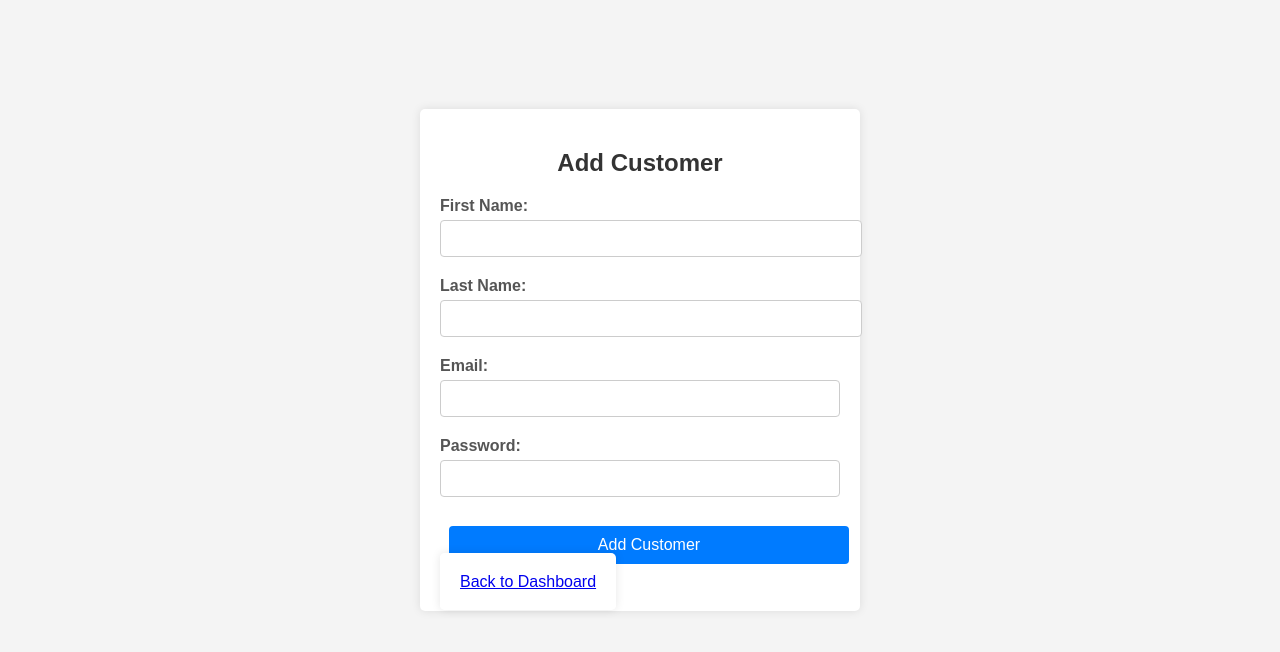
Repository: vinayakGarudi2002/swabhavTrainingProjects
Page: http://localhost/01_banking_application/addCustomer.jsp
These files come from the project's save history. The page is drawn as it stood at one moment and after the next save; the edit follows.
The browser window is 1280 px wide. The pictures show the whole page.
The page is served by Tomcat 9. Other server files are loaded and not shown.

Above is the page before, as saved 2024-08-12 11:29:18.

### 01_banking_application/WebContent/addCustomer.jsp
<%@ page language="java" contentType="text/html; charset=UTF-8" pageEncoding="UTF-8"%>
<%@ taglib uri="http://java.sun.com/jsp/jstl/core" prefix="c" %>
<!DOCTYPE html>
<html>
<head>
    <meta charset="UTF-8">
    <title>Add Customer - Banking App</title>
    <link rel="stylesheet" type="text/css" href="static/css/styles.css">
     <style>

    </style>
</head>
<body>
    <div class="form-container">
        <h2>Add Customer</h2>
        <form action="AddCustomerServlet" method="post">
            <label for="firstName">First Name:</label>
            <input type="text" id="firstName" name="firstName" required>

            <label for="lastName">Last Name:</label>
            <input type="text" id="lastName" name="lastName" required>

            <label for="email">Email:</label>
            <input type="email" id="email" name="email" required>

            <label for="password">Password:</label>
            <input type="password" id="password" name="password" required>

            <button type="submit">Add Customer</button>
        </form>

        <!-- Error message -->
        <c:if test="${not empty errorMessage}">
            <div class="error-message">
                <c:out value="${errorMessage}"/>
            </div>
        </c:if>

         <c:if test="${not empty succesMessage}">
            <div class="succes-message">
                <c:out value="${succesMessage}"/>
            </div>
        </c:if>

        <a href="adminDashboard.jsp" class="form-container button">Back to Dashboard</a>
    </div>
</body>
</html>

### 01_banking_application/WebContent/static/css/styles.css
/* styles.css */
body {
    font-family: Arial, sans-serif;
    background-color: #f4f4f4;
    display: flex;
    justify-content: center;
    align-items: center;
    height: 100vh;
    margin: 0;
}

.login-container {
    background-color: #fff;
    padding: 20px;
    border-radius: 5px;
    box-shadow: 0 0 10px rgba(0, 0, 0, 0.1);
    width: 300px;
}

h2 {
    margin-bottom: 20px;
    font-size: 24px;
    color: #333;
    text-align: center;
}

.form-group {
    margin-bottom: 15px;
}

label {
    display: block;
    margin-bottom: 5px;
    color: #555;
}

input[type="email"],
input[type="password"] {
    width: 100%;
    padding: 8px;
    box-sizing: border-box;
    border: 1px solid #ddd;
    border-radius: 4px;
}

button {
    width: 100%;
    padding: 10px;
    background-color: #007bff;
    color: white;
    border: none;
    border-radius: 4px;
    cursor: pointer;
    font-size: 16px;
}

button:hover {
    background-color: #0056b3;
}

.error-message {
    color: red;
    margin-top: 10px;
    text-align: center;
}

/* Additional styles for dashboard */
.dashboard-container {
    background-color: #fff;
    padding: 20px;
    border-radius: 5px;
    box-shadow: 0 0 10px rgba(0, 0, 0, 0.1);
    width: 400px;
    margin: 50px auto;
    text-align: center;
}

.admin-actions {
    list-style-type: none;
    padding: 0;
    margin: 20px 0;
}

.admin-actions li {
    margin: 10px 0;
}

.admin-actions a {
    text-decoration: none;
    color: #007bff;
    font-size: 18px;
}

.admin-actions a:hover {
    text-decoration: underline;
}

button {
    width: 100%;
    padding: 10px;
    background-color: #dc3545;
    color: white;
    border: none;
    border-radius: 4px;
    cursor: pointer;
    font-size: 16px;
    margin-top: 20px;
}

button:hover {
    background-color: #c82333;
}

/* add customer   */
.form-container {
    background-color: #fff;
    padding: 20px;
    border-radius: 5px;
    box-shadow: 0 0 10px rgba(0, 0, 0, 0.1);
    width: 400px;
    margin: 50px auto;
    text-align: left;
}

.form-container h2 {
    text-align: center;
    margin-bottom: 20px;
}

.form-container label {
    display: block;
    margin-bottom: 5px;
    font-weight: bold;
}

.form-container input[type="text"],
.form-container input[type="email"],
.form-container input[type="password"] {
    width: 100%;
    padding: 10px;
    margin-bottom: 20px;
    border: 1px solid #ccc;
    border-radius: 4px;
}

.form-container button {
    width: 100%;
    padding: 10px;
    background-color: #007bff;
    color: white;
    border: none;
    border-radius: 4px;
    cursor: pointer;
    font-size: 16px;
    margin:9px;
}

.form-container button:hover {
    background-color: #0056b3;
}

.error-message {
    color: red;
    font-weight: bold;
    margin-top: 20px;
    text-align: center;
}

.succes-message {
    color: green;
    font-weight: bold;
    margin-top: 20px;
    text-align: center;
}



/*vew all customer  */

  .customer-view-container {
            background-color: #fff;
            padding: 20px;
            border-radius: 5px;
            box-shadow: 0 0 10px rgba(0, 0, 0, 0.1);
            width: 600px;
            margin: 50px auto;
        }

        .customer-view-container h2 {
            text-align: center;
            margin-bottom: 20px;
            color: #333;
        }

        table {
            width: 100%;
            border-collapse: collapse;
            margin-bottom: 20px;
        }

        table th, table td {
            border: 1px solid #ddd;
            padding: 10px;
            text-align: center;
        }

        table th {
            background-color: #007bff;
            color: white;
        }

        table td {
            background-color: #f9f9f9;
            color: #333;
        }





  .form-container {
            background-color: #fff;
            padding: 20px;
            border-radius: 5px;
            box-shadow: 0 0 10px rgba(0, 0, 0, 0.1);
            width: 400px;
            margin: 50px auto;
        }

        h2 {
            text-align: center;
            margin-bottom: 20px;
            color: #333;
        }

        label {
            display: block;
            margin-bottom: 10px;
            font-weight: bold;
            color: #555;
        }

        select, input[type="text"] {
            width: 100%;
            padding: 10px;
            margin-bottom: 20px;
            border: 1px solid #ccc;
            border-radius: 4px;
        }

        button {
            width: 48%;
            padding: 10px;
            background-color: #007bff;
            color: white;
            border: none;
            border-radius: 4px;
            cursor: pointer;
            font-size: 16px;
        }

        button:hover {
            background-color: #0056b3;
        }

        .error-message {
            color: red;
            font-weight: bold;
            margin-top: 20px;
            text-align: center;
        }

        .success-message {
            color: green;
            font-weight: bold;
            margin-top: 20px;
            text-align: center;
        }

        .buttons-container {
            display: flex;
            justify-content: space-between;
        }

After the next save:
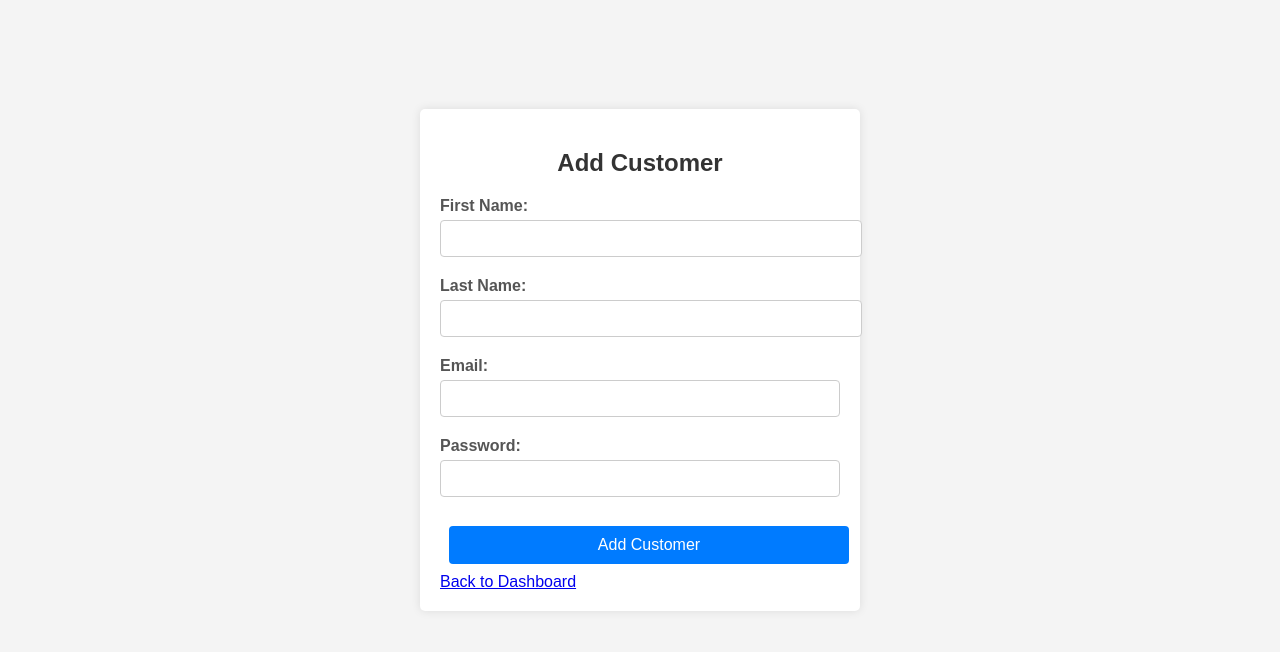
Saved 71 s later.
--- a/01_banking_application/WebContent/addCustomer.jsp
+++ b/01_banking_application/WebContent/addCustomer.jsp
@@ -42,7 +42,7 @@
             </div>
         </c:if>
 
-        <a href="adminDashboard.jsp" class="form-container button">Back to Dashboard</a>
+        <a href="adminDashboard.jsp" class="button">Back to Dashboard</a>
     </div>
 </body>
 </html>
